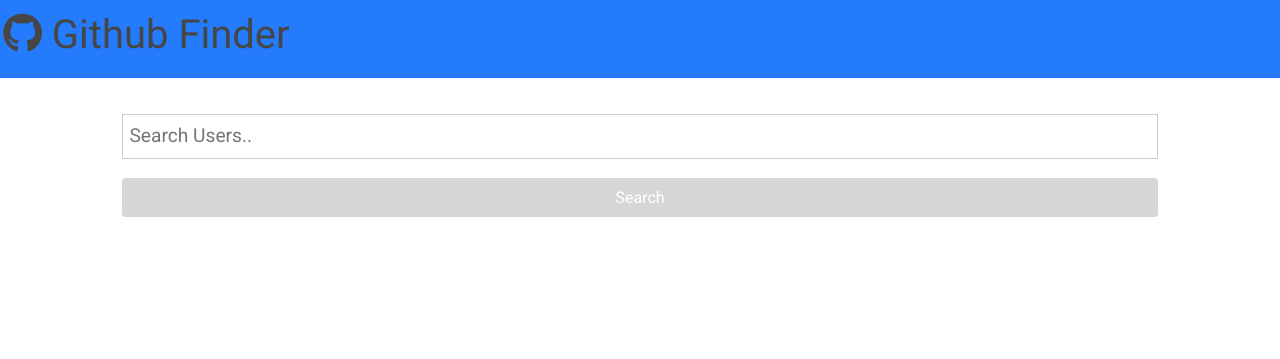
Repository: talha-mahmood/components-states-props
Page: / (app in my-app/)
An editor plug-in stored every save of this project. The page is shown before and after the next save, followed by the edit.
The browser window is 1280 px wide. The pictures show the whole page.
The page's requests for data from a server got no answer. Some web libraries are served in a nearby version. The project was rebuilt for these pictures with package versions that can differ from the ones it lists, and the page was loaded fresh each time. No one was signed in, and anything a server would have sent is missing. Also part of the build but not shown: my-app/src/components/users/UserItem.js.

Above is the page before, as saved 2023-01-31 17:43:57.

After the next save:
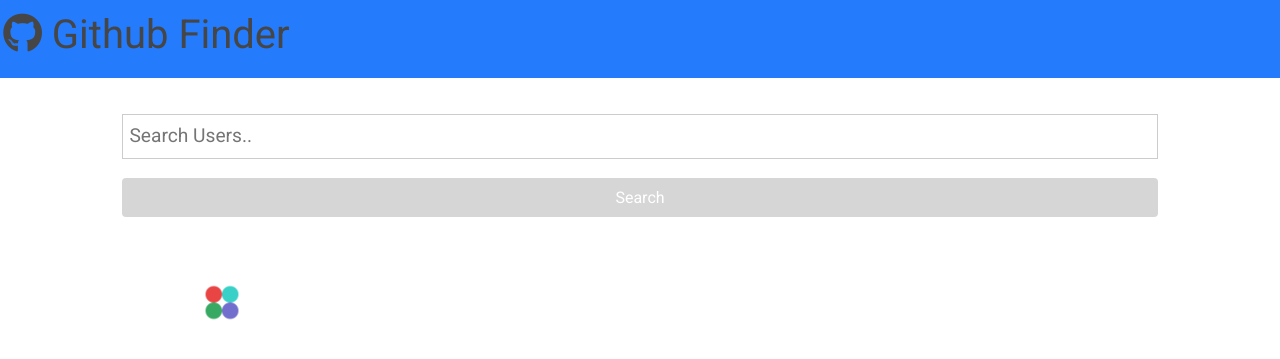
Saved 5 h 7 min later.
--- a/my-app/src/App.js
+++ b/my-app/src/App.js
@@ -12,15 +12,15 @@ class App extends Component{
     users:[],
     loading:false
   }
-  // async componentDidMount(){
-  //   console.log(process.env.REACT_APP_GITHUB_CLIENT_SECRET);
-  //   // axios.get('https://api.github.com/users').then(res=>console.log(res.data));
-  //   this.setState({loading:true})
-  //   const res= await axios.get(`https://api.github.com/users?client_id=${process.env.REACT_APP_GITHUB_CLIENT_ID}&client_secret=${process.env.REACT_APP_GITHUB_CLIENT_SECRET} `);
-  //   console.log(res.data);
-  //   this.setState({users:res.data,loading:false})
+  async componentDidMount(){
+    console.log(process.env.REACT_APP_GITHUB_CLIENT_SECRET);
+    // axios.get('https://api.github.com/users').then(res=>console.log(res.data));
+    this.setState({loading:true})
+    const res= await axios.get(`https://api.github.com/users?client_id=${process.env.REACT_APP_GITHUB_CLIENT_ID}&client_secret=${process.env.REACT_APP_GITHUB_CLIENT_SECRET} `);
+    console.log(res.data);
+    this.setState({users:res.data,loading:false})
 
-  // }
+  }
   static defaultProps={
     title:"Github Finder",
     icon:'fab fa-github'
